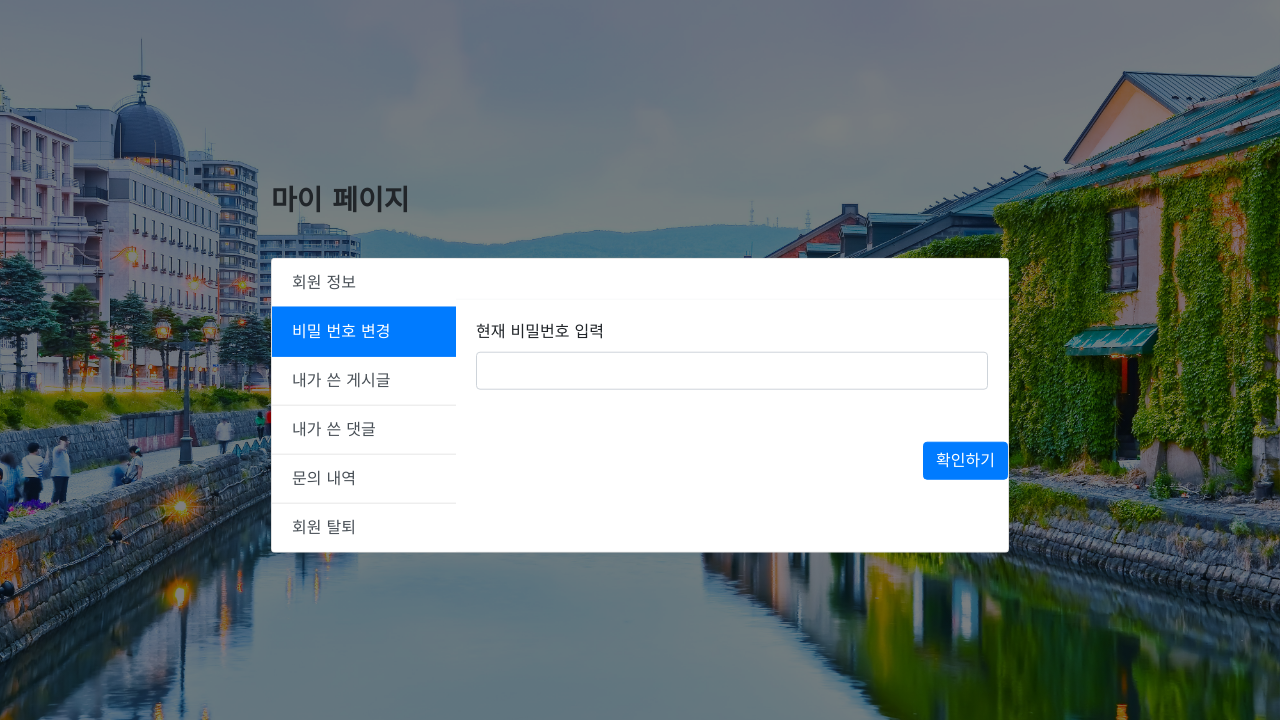
Repository: ExiNni/Travel-Project
Page: http://localhost/project_login/myPage/user_password-edit.jsp
These files come from the project's save history. The page is drawn as it stood at one moment and after the next save; the edit follows.
The browser window is 1280 px wide. The pictures show the whole page.
The page is served by Tomcat 9.

Above is the page before, as saved 2023-11-13 08:16:26.

After the next save:
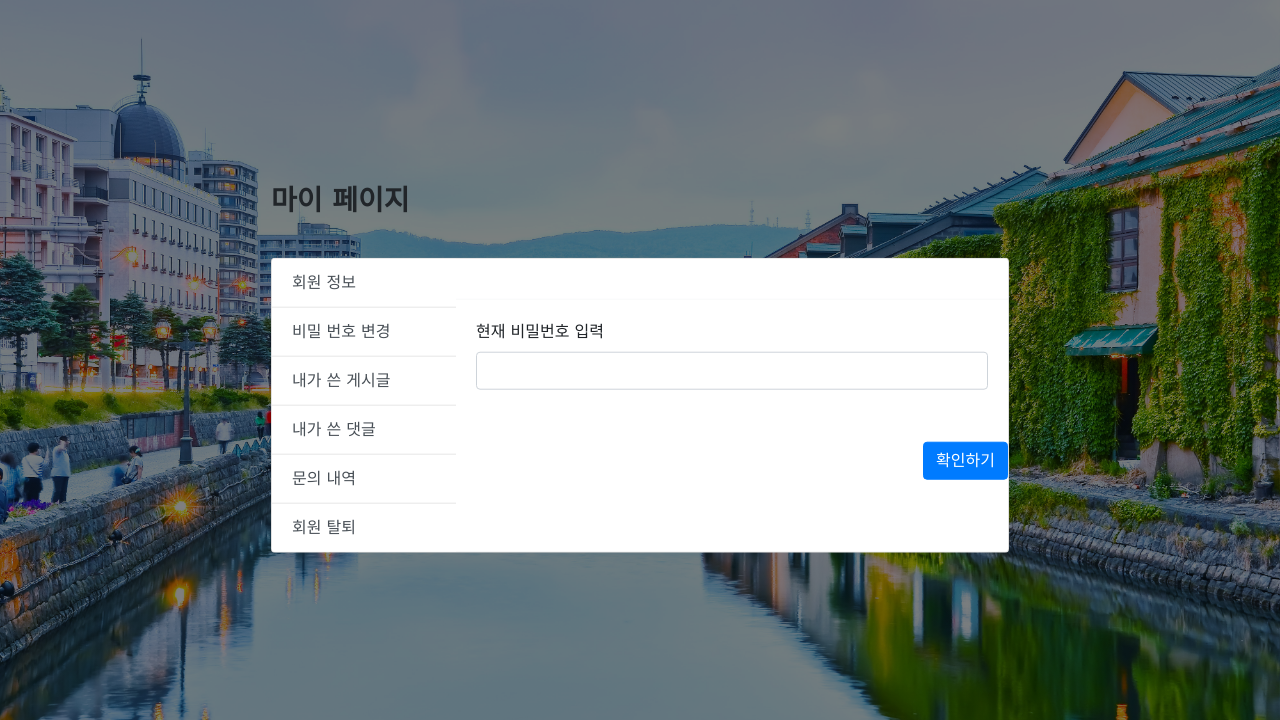
Saved 2 min 5 s later.
--- a/project_login/src/main/webapp/myPage/user_password-edit.jsp
+++ b/project_login/src/main/webapp/myPage/user_password-edit.jsp
@@ -9,8 +9,8 @@
     <link href="https://cdn.jsdelivr.net/npm/bootstrap@4.5.0/dist/css/bootstrap.min.css" rel="stylesheet">
 </head>
 <body>
-	<form action="<%= request.getContextPath() %>/LoginServlet?action=password" method="post">
-        <input type="hidden" name="formAction" value="passwordChangeForm">
+    <form action="<%= request.getContextPath() %>/LoginServlet" method="post">
+        <input type="hidden" name="action" value="password">
         <header>
             <div class="total">
                 <div class="container light-style flex-grow-1 container-p-y">
@@ -21,7 +21,7 @@
                             <div class="col-md-3 pt-0">
                                 <div class="list-group list-group-flush account-settings-links">
                                     <a class="list-group-item list-group-item-action" data-toggle="list" href="user-info.jsp">회원 정보</a>
-                                    <a class="list-group-item list-group-item-action active" data-toggle="list" href="user_password-edit.jsp">비밀 번호 변경</a>
+                                    <a class="list-group-item list-group-item-action" data-toggle="list" href="user_password-edit.jsp">비밀 번호 변경</a>
                                     <a class="list-group-item list-group-item-action" data-toggle="list" href="user-post.jsp">내가 쓴 게시글</a>
                                     <a class="list-group-item list-group-item-action" data-toggle="list" href="user-comment.jsp">내가 쓴 댓글</a>
                                     <a class="list-group-item list-group-item-action" data-toggle="list" href="user-inquiry-password.jsp">문의 내역</a>
